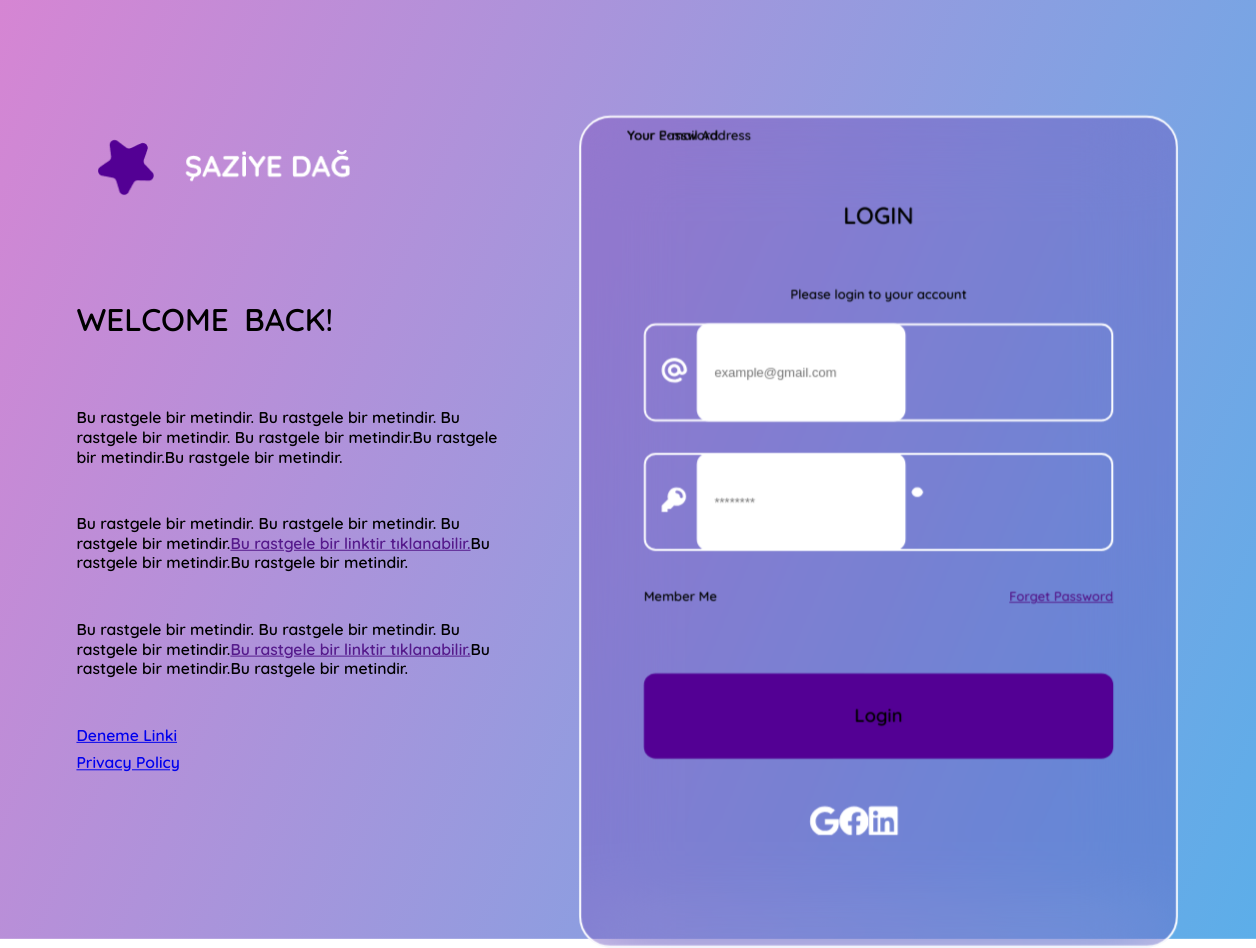
Repository: szydag/login
Page: /
An editor plug-in stored every save of this project. The page is shown before and after a run of saves, followed by the edit.
The browser window is 1280 px wide. The page is 1282 px wide, so the pictures cover 1282 px, including what lies to the right of the window. The pictures show the whole page, at 98% of full size.
The project was rebuilt for these pictures with package versions that can differ from the ones it lists, and the page was loaded fresh each time. Also part of the build but not shown: src/assets/svgr/unhiddenIcon/index.js.

Above is the page before, as saved 2023-10-29 20:22:42.

After the next 2 saves:
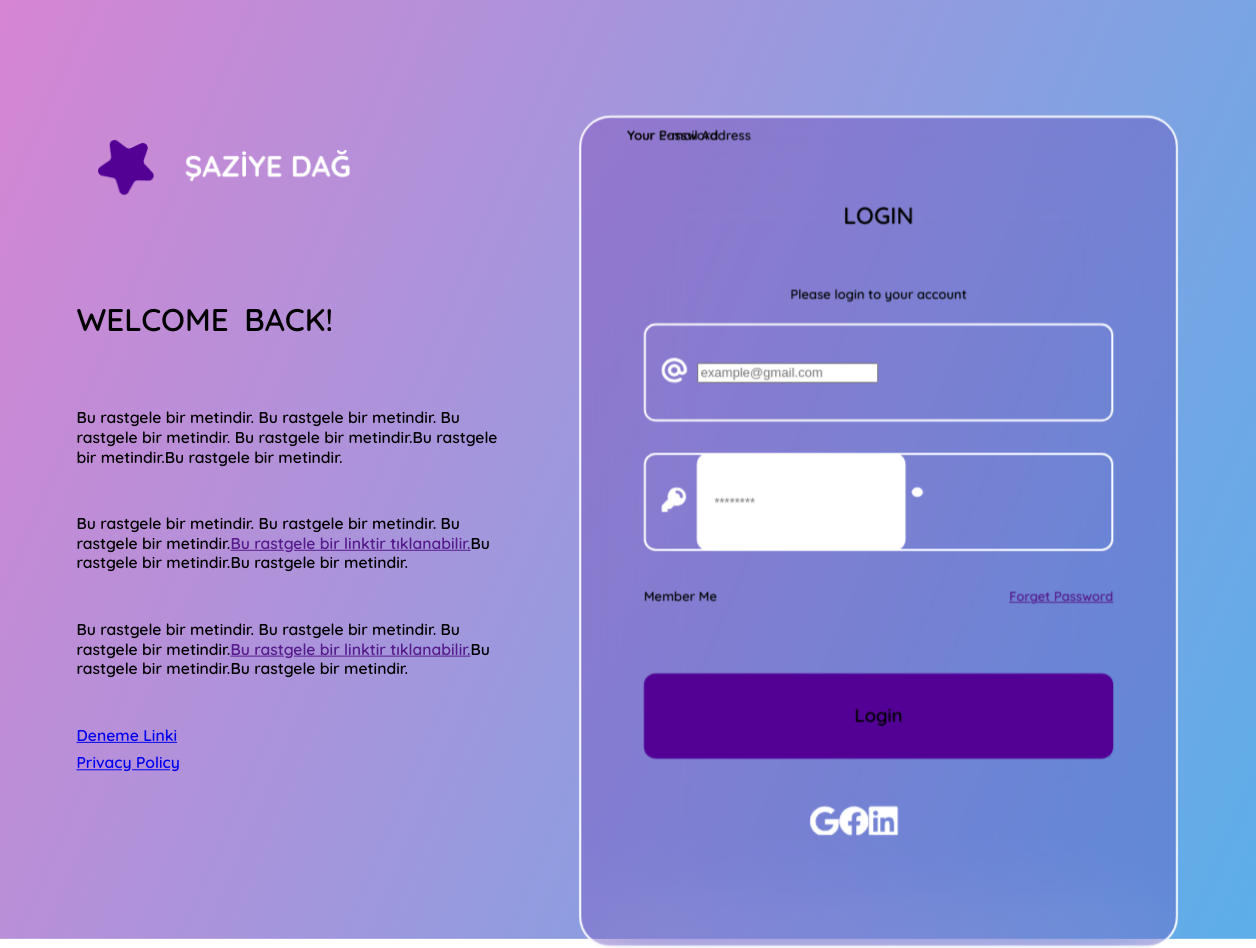
The 2 saves are shown as one change because they came seconds apart.
The last was saved 3 min 22 s later.
--- a/src/app/pages/login/index.js
+++ b/src/app/pages/login/index.js
@@ -113,7 +113,6 @@
                                     size={30}
                                 />
                                 <input
-                                    className={classes.mailInput}
                                     type="text"
                                     placeholder='example@gmail.com'
                                 />

After the save that followed:
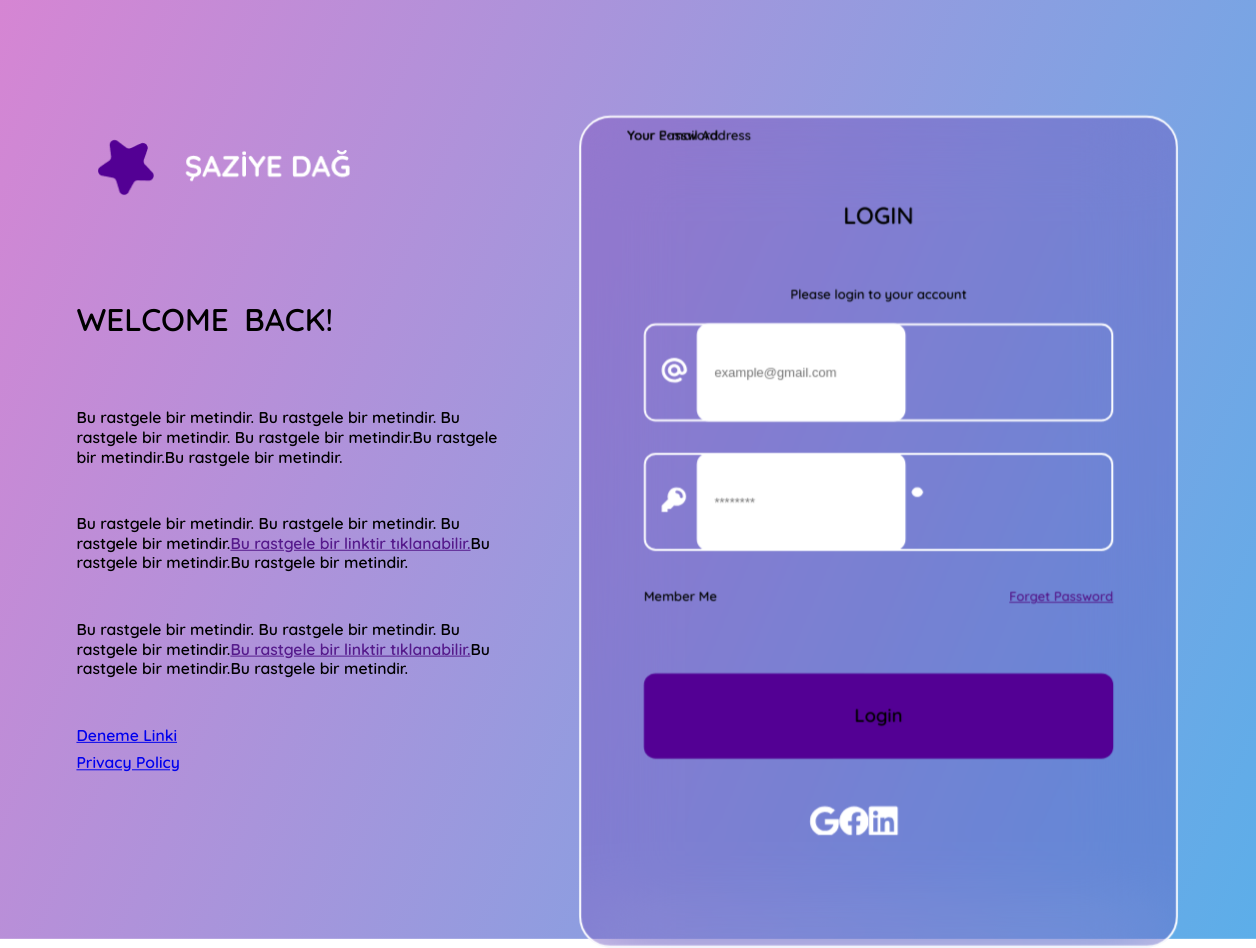
Saved 6 s later.
--- a/src/app/pages/login/index.js
+++ b/src/app/pages/login/index.js
@@ -113,6 +113,7 @@
                                     size={30}
                                 />
                                 <input
+                                    className={classes.mailInput}
                                     type="text"
                                     placeholder='example@gmail.com'
                                 />
